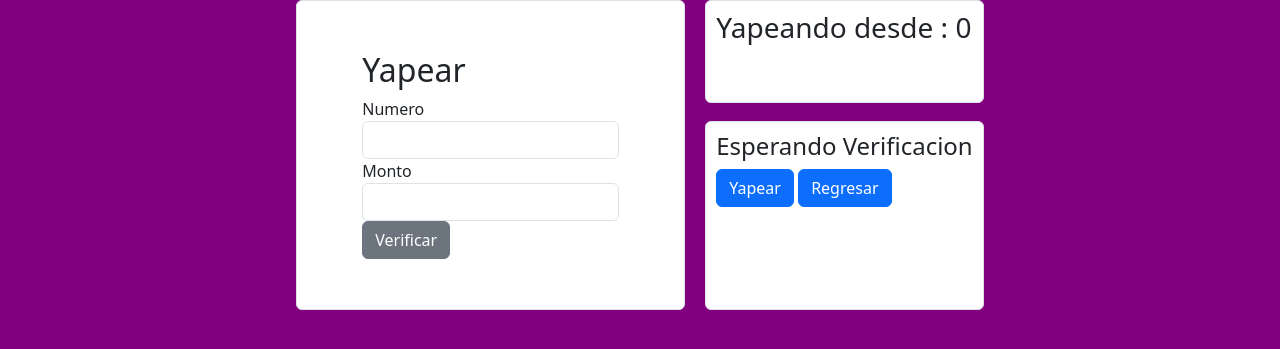
Repository: Gimblet/LP1_Proyecto_Yape
Page: http://localhost/Yape/Yapear.jsp
An editor plug-in stored every save of this project. The page is shown before and after the next save, followed by the edit.
The browser window is 1280 px wide. The pictures show the whole page.
The page is served by Tomcat 9. Queries for data that is not in the repository find no rows.

Above is the page before, as saved 2024-05-02 20:59:43.

After the next save:
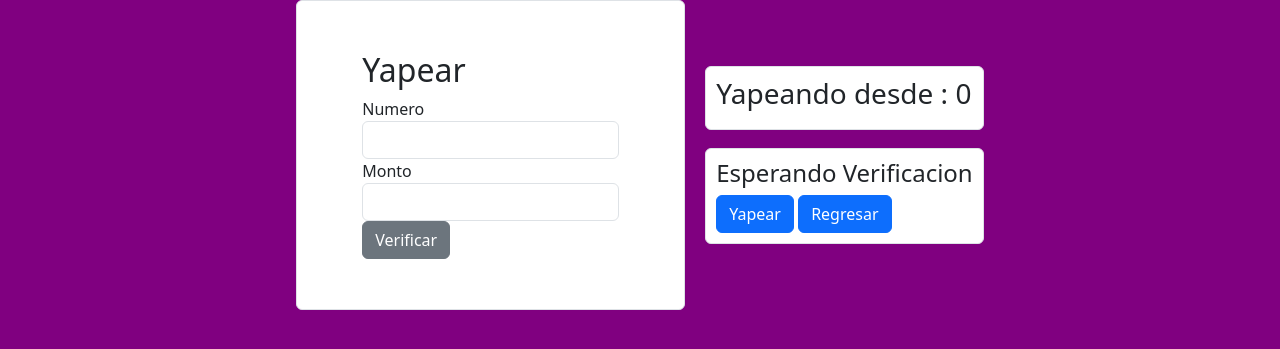
Saved 3 h 54 min later.
--- a/Yape/src/main/webapp/Yapear.jsp
+++ b/Yape/src/main/webapp/Yapear.jsp
@@ -42,13 +42,7 @@
             	background-color: white;
             }
 
-            #ver1{
-            	height: 35%;
-            }
 
-            #ver2{
-            	height: 65%;
-            }
 
             .form-container {
                 align-self: center;
